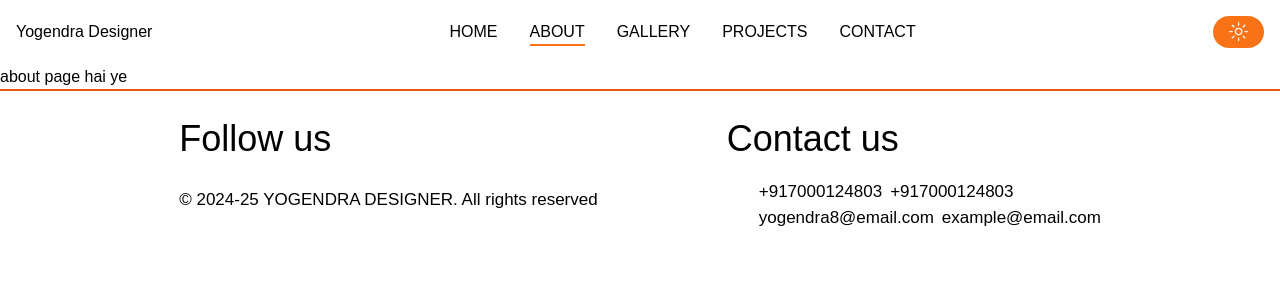
Repository: hitoutvrma/MB_designs-Interior-Designing-website
Page: /about
The author's editor kept a copy of each file at every save. The page is drawn from the files as they stood at one save, then again after the next save.
The browser window is 1280 px wide. The pictures show the whole page.
The project was rebuilt for these pictures with package versions that can differ from the ones it lists, and the page was loaded fresh each time. The framework's server and built-in components were replaced by stand-ins that run in the browser. Also part of the build but not shown: next.config.mjs.

Above is the page before, as saved 2024-09-15 21:20:51.

### app/layout.js
import localFont from "next/font/local";
import { Sen } from "next/font/google";
import "./globals.css";
import Header from "@/components/ui/Header";
import Footer from "@/components/ui/Footer";
import { ThemeProvider } from "@/components/ThemeProvider";

const josef = Sen({
  subsets:["latin"],
  weight:["400","500","600","700"],
  display:"swap"
})

// const geistSans = localFont({
//   src: "./fonts/GeistVF.woff",
//   variable: "--font-geist-sans",
//   weight: "100 900",
// });
// const geistMono = localFont({
//   src: "./fonts/GeistMonoVF.woff",
//   variable: "--font-geist-mono",
//   weight: "100 900",
// });

export const metadata = {
  title: "Create Next App",
  description: "Generated by create next app",
};

export default function RootLayout({ children }) {
  return (
    <html lang="en" suppressHydrationWarning>
      <body
        className={`${josef.variable} ${josef.variable} antialiased`}
      >
        <ThemeProvider attribute='class' defaultTheme='light'>

        <Header/>
        {children}
        <Footer/>
        </ThemeProvider>
      </body>
    </html>
  );
}

### app/about/page.jsx
import React from 'react'

const page = () => {
  return (
    <div>
      about page hai ye
    </div>
  )
}

export default page

### app/globals.css
@tailwind base;
@tailwind components;
@tailwind utilities;


body {
  color: var(--foreground);
  background: var(--background);
  font-family: Arial, Helvetica, sans-serif;
}

@layer utilities {
  .text-balance {
    text-wrap: balance;
  }
}


@layer base {
  :root {
    --background: 0 0% 100%;
    --foreground: 20 14.3% 4.1%;
    --card: 0 0% 100%;
    --card-foreground: 20 14.3% 4.1%;
    --popover: 0 0% 100%;
    --popover-foreground: 20 14.3% 4.1%;
    --primary: 24.6 95% 53.1%;
    --primary-foreground: 60 9.1% 97.8%;
    --secondary: 60 4.8% 95.9%;
    --secondary-foreground: 24 9.8% 10%;
    --muted: 60 4.8% 95.9%;
    --muted-foreground: 25 5.3% 44.7%;
    --accent: 60 4.8% 95.9%;
    --accent-foreground: 24 9.8% 10%;
    --destructive: 0 84.2% 60.2%;
    --destructive-foreground: 60 9.1% 97.8%;
    --border: 20 5.9% 90%;
    --input: 20 5.9% 90%;
    --ring: 24.6 95% 53.1%;
    --radius: 0.5rem;
    --chart-1: 12 76% 61%;
    --chart-2: 173 58% 39%;
    --chart-3: 197 37% 24%;
    --chart-4: 43 74% 66%;
    --chart-5: 27 87% 67%;
  }

  .dark {
    --background: 20 14.3% 4.1%;
    --foreground: 60 9.1% 97.8%;
    --card: 20 14.3% 4.1%;
    --card-foreground: 60 9.1% 97.8%;
    --popover: 20 14.3% 4.1%;
    --popover-foreground: 60 9.1% 97.8%;
    --primary: 20.5 90.2% 48.2%;
    --primary-foreground: 60 9.1% 97.8%;
    --secondary: 12 6.5% 15.1%;
    --secondary-foreground: 60 9.1% 97.8%;
    --muted: 12 6.5% 15.1%;
    --muted-foreground: 24 5.4% 63.9%;
    --accent: 12 6.5% 15.1%;
    --accent-foreground: 60 9.1% 97.8%;
    --destructive: 0 72.2% 50.6%;
    --destructive-foreground: 60 9.1% 97.8%;
    --border: 12 6.5% 15.1%;
    --input: 12 6.5% 15.1%;
    --ring: 20.5 90.2% 48.2%;
    --chart-1: 220 70% 50%;
    --chart-2: 160 60% 45%;
    --chart-3: 30 80% 55%;
    --chart-4: 280 65% 60%;
    --chart-5: 340 75% 55%;
  }
}



@layer base {
  * {
    @apply border-border;
  }
  body {
    @apply bg-background text-foreground;
  }
}

.h1{
  @apply text-6xl xl:text-[72px] xl:leading-[80px] tracking-[-2px] font-bold mb-5 mt-4;
}

### components/ui/Header.jsx
'use client';
import React from 'react'
 import ThemeToggler from '../ThemeToggler'
import MobileNavigation from './MobileNavigation';
import Nav from './Nav';
const Header = () => {
  return (
    <div className='flex justify-between p-4 items-center '>
      <div>Yogendra Designer</div>
      <Nav containerStyles='hidden xl:flex gap-8 items-center' linkStyles='relative hover:text-primary transition-all' underlineStyles ='absolute left-0 top-full h-[2px] bg-primary w-full'
      />
      <div className='flex gap-2 items-center'>

      <ThemeToggler/>
      <div className='xl:hidden'>

      <MobileNavigation/>
      </div>
      </div>
    </div>
  )
}

export default Header

### components/ui/Footer.jsx
import React from 'react'

const Footer = () => {
  return (

    <div class="flex justify-between  border-t-2 border-t-orange-600  backdrop-blur-lg px-[14vw] py-[4vh] text-[17px] ">
  <div>
    <head>
    <link rel="stylesheet" href="https://cdnjs.cloudflare.com/ajax/libs/font-awesome/6.0.0-beta3/css/all.min.css"/>

    </head>
    <h1 class="pb-5 text-4xl ">Follow us</h1>
    <div className='flex gap-x-6 pb-2 text-4xl'>
    <a href="https://instagram/hitoutvrma" className="text-gray-600 hover:text-pink-500 transition-transform duration-300 transform hover:scale-110"><i class="fa-brands fa-instagram" ></i></a>
      <a href="https://www.linkedin.com/in/hitesh-verma-3695b0254/" className="text-gray-600 hover:text-blue-700 transition-transform duration-300 transform hover:scale-110"><i class="fa-brands fa-linkedin"></i></a>
      <a href="https://x.com/hitesh_404" className="text-gray-600 hover:text-blue-700 transition-transform duration-300 transform hover:scale-110"><i class="fa-brands fa-facebook"></i></a>
    </div>
    <div>&copy; 2024-25 YOGENDRA DESIGNER. All rights reserved</div>
  </div>
  <div>
    <h1 class="pb-5 text-4xl">Contact us</h1>
    <div class="flex gap-x-2">
      <svg class="text" xmlns="http://www.w3.org/2000/svg" viewBox="0 0 24 24" width="24" height="24" fill="white">
        <path d="M6.62 10.79a15.533 15.533 0 006.59 6.59l2.2-2.2a1 1 0 011.09-.27c1.12.37 2.33.57 3.6.57a1 1 0 011 1V20a1 1 0 01-1 1C10.29 21 3 13.71 3 5a1 1 0 011-1h3.01a1 1 0 011 1c0 1.27.2 2.48.57 3.6a1 1 0 01-.27 1.09l-2.2 2.2z" />
      </svg>
      <a href="tel:+917000124803" class="hover:underline">+917000124803</a>
      <a href="tel:+917000124803" class="hover:underline">+917000124803</a>
    </div>
    <div class="flex gap-x-2">
      <svg xmlns="http://www.w3.org/2000/svg" viewBox="0 0 24 24" width="24" height="24" fill="white">
        <path d="M20 4H4a2 2 0 00-2 2v12a2 2 0 002 2h16a2 2 0 002-2V6a2 2 0 00-2-2zM4 6h16v2l-8 5-8-5V6zm0 12V9l7.39 4.62a1 1 0 001.22 0L20 9v9H4z" />
      </svg>
      <a href="mailto:example@email.com" class="hover:underline">yogendra8@email.com</a>

      <a href="mailto:example@email.com" class="hover:underline">example@email.com</a>
    </div>
  </div>
</div>

  )
}

export default Footer

### components/ThemeProvider.jsx
'use client';

import { ThemeProvider as NextThemesProvider } from "next-themes";

export function ThemeProvider({ children, ...props }) {
    return <NextThemesProvider {...props}>
        { children }
    </NextThemesProvider>
}

### components/ThemeToggler.jsx
import { Button } from "./ui/button";
import { useTheme } from "next-themes";
import { SunIcon, MoonIcon } from "@radix-ui/react-icons";

const ThemeToggler = () => {
    const { theme, setTheme } = useTheme();

  return (
    <div>
      <Button  onClick={()=>setTheme(theme==='dark'?'light':'dark')}>
        <SunIcon className="h-[1.2rem] w-[1.2rem] scale-100 rotate-0 transition-all dark:rotate-90 dark:scale-0"/>
        <MoonIcon className="w-[1rem] absolute scale-0 rotate-90 transition-all dark:rotate-0 dark:scale-100"/>
      </Button>
    </div>
  )
}

export default ThemeToggler

### components/ui/MobileNavigation.jsx
import React from 'react'

import {Sheet, SheetContent, SheetTrigger} from '@/components/ui/sheet';
import Nav from './Nav';
import { AlignJustify } from 'lucide-react';

const MobileNavigation = () => {
  return (
    <Sheet>
        <SheetTrigger asChild>
            <AlignJustify className='cursor-pointer'/>
        </SheetTrigger>
        <SheetContent>
            <div className='p-3 flex flex-col items-center'>
                <div>
                    <div>Yogendra designer</div>
                    <Nav containerStyles='flex flex-col items-center gap-y-2' linkStyles='text-1xl '/>
                </div>
            </div>
        </SheetContent>
    </Sheet>
  )
}

export default MobileNavigation

### components/ui/Nav.jsx
//Hooks

import { usePathname } from "next/navigation";
import { motion } from "framer-motion";
import Link from "next/link";

const links = [
    {
        path:'/',name:'home'
    },
    {
        path:'/about',name:'about'
    },
    {
        path:'/gallery',name:'gallery'
    },
    {
        path:'/projects',name:'projects'
    },
    {
        path:'/contact',name:'contact'
    },
]
const Nav = ({ containerStyles, linkStyles, underlineStyles } ) => {

    const path = usePathname();
  return (
    <div className={`${containerStyles}`} >
        {
            links.map((link,index) =>{
                return(
                    <Link href={link.path}
                    key={index} className={`uppercase ${linkStyles}`}>
                        {link.path===path && (
                            <motion.span
                            initial={{y:'-100%'}}
                            animate={{y:0}}
                            transition={{ type:'tween'}}
                            layoutId="underline"
                            className={`${underlineStyles}`}
                            />
                        )}
                        {link.name}

                    </Link>
                )
            })
        }
      </div>
  )
}

export default Nav

### components/ui/button.jsx
import * as React from "react"
import { Slot } from "@radix-ui/react-slot"
import { cva } from "class-variance-authority";

import { cn } from "@/lib/utils"

const buttonVariants = cva(
  "inline-flex items-center justify-center whitespace-nowrap rounded-full text-base font-medium ring-offset-background transition-colors focus-visible:outline-none focus-visible:ring-2 focus-visible:ring-ring focus-visible:ring-offset-2 disabled:pointer-events-none disabled:opacity-50",
  {
    variants: {
      variant: {
        default: "bg-primary text-primary-foreground hover:bg-primary/90",
        destructive:
          "bg-destructive text-destructive-foreground hover:bg-destructive/90",
        outline:
          "border border-input bg-background hover:bg-accent hover:text-accent-foreground",
        secondary:
          "bg-secondary text-secondary-foreground hover:bg-secondary/80",
        ghost: "hover:bg-accent hover:text-accent-foreground",
        link: "text-primary underline-offset-4 hover:underline",
      },
      size: {
        default: "sm:h-[2.5vw] h-[7vw] px-4 py-2",
        sm: "h-9 rounded-md px-3",
        lg: "h-11 rounded-md px-8",
        icon: "h-10 w-10",
      },
    },
    defaultVariants: {
      variant: "default",
      size: "default",
    },
  }
)

const Button = React.forwardRef(({ className, variant, size, asChild = false, ...props }, ref) => {
  const Comp = asChild ? Slot : "button"
  return (
    (<Comp
      className={cn(buttonVariants({ variant, size, className }))}
      ref={ref}
      {...props} />)
  );
})
Button.displayName = "Button"

export { Button, buttonVariants }

### components/ui/sheet.jsx
"use client";
import * as React from "react"
import * as SheetPrimitive from "@radix-ui/react-dialog"
import { cva } from "class-variance-authority";
import { X } from "lucide-react"

import { cn } from "@/lib/utils"

const Sheet = SheetPrimitive.Root

const SheetTrigger = SheetPrimitive.Trigger

const SheetClose = SheetPrimitive.Close

const SheetPortal = SheetPrimitive.Portal

const SheetOverlay = React.forwardRef(({ className, ...props }, ref) => (
  <SheetPrimitive.Overlay
    className={cn(
      "fixed inset-0 z-50 bg-black/80  data-[state=open]:animate-in data-[state=closed]:animate-out data-[state=closed]:fade-out-0 data-[state=open]:fade-in-0",
      className
    )}
    {...props}
    ref={ref} />
))
SheetOverlay.displayName = SheetPrimitive.Overlay.displayName

const sheetVariants = cva(
  "fixed z-50 gap-4 bg-background p-6 shadow-lg transition ease-in-out data-[state=open]:animate-in data-[state=closed]:animate-out data-[state=closed]:duration-300 data-[state=open]:duration-500",
  {
    variants: {
      side: {
        top: "inset-x-0 top-0 border-b data-[state=closed]:slide-out-to-top data-[state=open]:slide-in-from-top",
        bottom:
          "inset-x-0 bottom-0 border-t data-[state=closed]:slide-out-to-bottom data-[state=open]:slide-in-from-bottom",
        left: "inset-y-0 left-0 h-full w-3/4 border-r data-[state=closed]:slide-out-to-left data-[state=open]:slide-in-from-left sm:max-w-sm",
        right:
          "inset-y-0 right-0 h-full w-3/4  border-l data-[state=closed]:slide-out-to-right data-[state=open]:slide-in-from-right sm:max-w-sm",
      },
    },
    defaultVariants: {
      side: "right",
    },
  }
)

const SheetContent = React.forwardRef(({ side = "right", className, children, ...props }, ref) => (
  <SheetPortal>
    <SheetOverlay />
    <SheetPrimitive.Content ref={ref} className={cn(sheetVariants({ side }), className)} {...props}>
      {children}
      <SheetPrimitive.Close
        className="absolute right-4 top-4 rounded-sm opacity-70 ring-offset-background transition-opacity hover:opacity-100 focus:outline-none focus:ring-2 focus:ring-ring focus:ring-offset-2 disabled:pointer-events-none data-[state=open]:bg-secondary">
        <X className="h-4 w-4" />
        <span className="sr-only">Close</span>
      </SheetPrimitive.Close>
    </SheetPrimitive.Content>
  </SheetPortal>
))
SheetContent.displayName = SheetPrimitive.Content.displayName

const SheetHeader = ({
  className,
  ...props
}) => (
  <div
    className={cn("flex flex-col space-y-2 text-center sm:text-left", className)}
    {...props} />
)
SheetHeader.displayName = "SheetHeader"

const SheetFooter = ({
  className,
  ...props
}) => (
  <div
    className={cn("flex flex-col-reverse sm:flex-row sm:justify-end sm:space-x-2", className)}
    {...props} />
)
SheetFooter.displayName = "SheetFooter"

const SheetTitle = React.forwardRef(({ className, ...props }, ref) => (
  <SheetPrimitive.Title
    ref={ref}
    className={cn("text-lg font-semibold text-foreground", className)}
    {...props} />
))
SheetTitle.displayName = SheetPrimitive.Title.displayName

const SheetDescription = React.forwardRef(({ className, ...props }, ref) => (
  <SheetPrimitive.Description
    ref={ref}
    className={cn("text-sm text-muted-foreground", className)}
    {...props} />
))
SheetDescription.displayName = SheetPrimitive.Description.displayName

export {
  Sheet,
  SheetPortal,
  SheetOverlay,
  SheetTrigger,
  SheetClose,
  SheetContent,
  SheetHeader,
  SheetFooter,
  SheetTitle,
  SheetDescription,
}

### tailwind.config.js
/** @type {import('tailwindcss').Config} */
module.exports = {
	darkMode: ["class"], // Dark mode setting
	content: [
	  "./pages/**/*.{js,ts,jsx,tsx,mdx}",
	  "./components/**/*.{js,ts,jsx,tsx,mdx}",
	  "./app/**/*.{js,ts,jsx,tsx,mdx}",
	],
	theme: {
	  // Container customization
	  container: {
		center: true, // Centers the container horizontally
		padding: '2rem', // Adds 1rem of padding (16px) on all sides
		screens: {
		  sm: '100%',  // Container takes 100% width on small screens
		  md: '100%',  // Container takes 100% width on medium screens
		  lg: '1024px', // Container is 1024px wide on large screens
		  xl: '1280px', // Container is 1280px wide on extra-large screens
		  '2xl': '1536px', // Container is 1536px wide on 2XL screens
		},
	  },
	  extend: {
		// Extending color palette
		colors: {
		  background: 'hsl(var(--background))',
		  foreground: 'hsl(var(--foreground))',
		  card: {
			DEFAULT: 'hsl(var(--card))',
			foreground: 'hsl(var(--card-foreground))',
		  },
		  popover: {
			DEFAULT: 'hsl(var(--popover))',
			foreground: 'hsl(var(--popover-foreground))',
		  },
		  primary: {
			DEFAULT: 'hsl(var(--primary))',
			foreground: 'hsl(var(--primary-foreground))',
		  },
		  secondary: {
			DEFAULT: 'hsl(var(--secondary))',
			foreground: 'hsl(var(--secondary-foreground))',
		  },
		  muted: {
			DEFAULT: 'hsl(var(--muted))',
			foreground: 'hsl(var(--muted-foreground))',
		  },
		  accent: {
			DEFAULT: 'hsl(var(--accent))',
			foreground: 'hsl(var(--accent-foreground))',
		  },
		  destructive: {
			DEFAULT: 'hsl(var(--destructive))',
			foreground: 'hsl(var(--destructive-foreground))',
		  },
		  border: 'hsl(var(--border))',
		  input: 'hsl(var(--input))',
		  ring: 'hsl(var(--ring))',
		  chart: {
			'1': 'hsl(var(--chart-1))',
			'2': 'hsl(var(--chart-2))',
			'3': 'hsl(var(--chart-3))',
			'4': 'hsl(var(--chart-4))',
			'5': 'hsl(var(--chart-5))',
		  },
		},
		// Extending border radius
		borderRadius: {
		  lg: 'var(--radius)',
		  md: 'calc(var(--radius) - 2px)',
		  sm: 'calc(var(--radius) - 4px)',
		},
	  },
	},
	plugins: [require("tailwindcss-animate")],
  };

Loaded but not shown: lib/utils.js (common file)

After the next save:
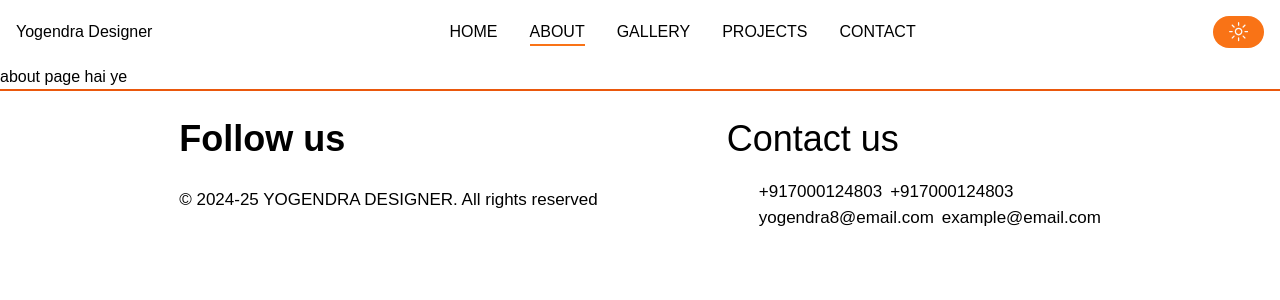
Saved 23 s later.
--- a/components/ui/Footer.jsx
+++ b/components/ui/Footer.jsx
@@ -9,7 +9,7 @@ const Footer = () => {
     <link rel="stylesheet" href="https://cdnjs.cloudflare.com/ajax/libs/font-awesome/6.0.0-beta3/css/all.min.css"/>
 
     </head>
-    <h1 class="pb-5 text-4xl ">Follow us</h1>
+    <h1 class="pb-5 text-4xl font-bold">Follow us</h1>
     <div className='flex gap-x-6 pb-2 text-4xl'>
     <a href="https://instagram/hitoutvrma" className="text-gray-600 hover:text-pink-500 transition-transform duration-300 transform hover:scale-110"><i class="fa-brands fa-instagram" ></i></a>
       <a href="https://www.linkedin.com/in/hitesh-verma-3695b0254/" className="text-gray-600 hover:text-blue-700 transition-transform duration-300 transform hover:scale-110"><i class="fa-brands fa-linkedin"></i></a>
